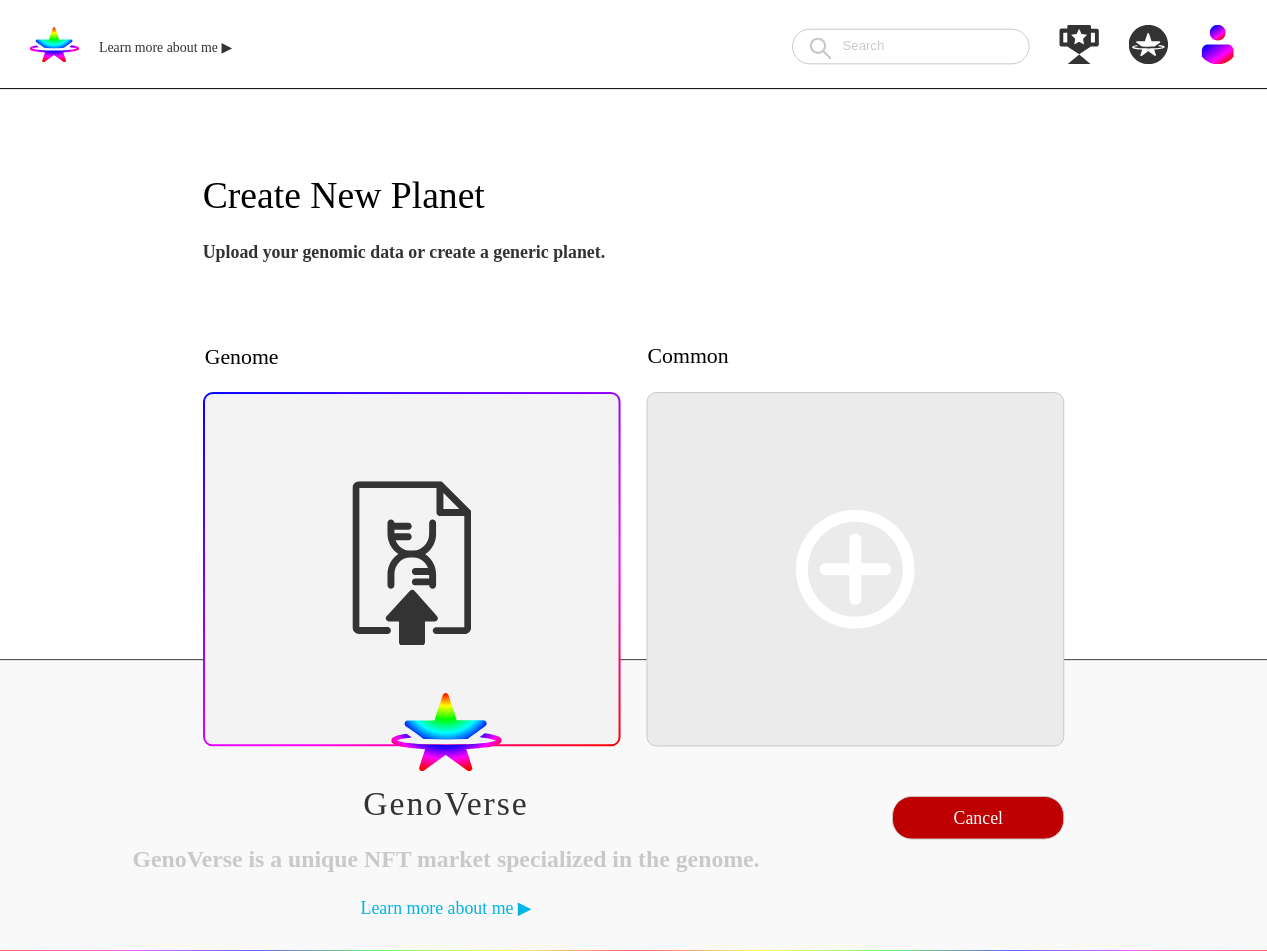
Repository: superHotBob/bioart
Page: /createnewplanet/createnewplanet_01
An editor plug-in stored every save of this project. The page is shown before and after the next save, followed by the edit.
The browser window is 1280 px wide. The pictures show the whole page, at 99% of full size.
Some web fonts or font styles are not loaded; a fallback is used. The project was rebuilt for these pictures with package versions that can differ from the ones it lists, and the page was loaded fresh each time. Some packages were replaced by stand-ins written for this rebuild. The framework's server and built-in components were replaced by stand-ins that run in the browser. Also part of the build but not shown: next.config.js.

Above is the page before, as saved 2022-04-06 12:31:52.

### pages/_app.js
import "../styles/globals.css";
import Layout from "../components/layout";
import { Provider } from "react-redux";
import store from "../store";

export default function MyApp({ Component, pageProps }) {
  return (
    <Provider store={store}>
      <Layout>
        <Component {...pageProps} />
      </Layout>
    </Provider>
  );
}

### pages/createnewplanet/createnewplanet_01.js
import Button from "../../components/button";
import react, { useEffect, useState } from "react";

export default function CreateNewPlanetOne() {
  const [myscreen, setMyScreen] = useState(true);
  useEffect(() => setMyScreen(window.screen.width > 500), []);

  return (
    <div className="createNewBlock">
      <h1>Create New Planet</h1>
      <p>Upload your genomic data or create a generic planet.</p>
      <div className="twoBloks">
        <div className="genome">
          <div />
        </div>
        <div className="common"></div>
      </div>
      <div style={{textAlign: 'right'}}>
        <Button
          width={myscreen ? "30%" : "100%"}
          color="#fff"
          background="#be0000"
          text="Cancel"
          background_hover="#8b0000"
        />
      </div>
      <style jsx>{`
        .createNewBlock {
          width: 68%;
          height: 80vh;
          margin: 0 auto;
          padding-top: 60px;
        }
        h1 {
          font-size: 38px;
          font-family: "GmarketSansMedium";
          font-weight: 400;
        }
        p {
          font-weight: 600;
          font-family: "GmarketSansLight";
          font-size: 18px;
          color: #333;
        }
        .twoBloks {
          display: flex;
          justify-content: space-between;
          margin-top: 130px;
        }
        .genome,
        .common,
        .genome div {
          width: 48.5%;
          height: 28vw;
          border-radius: 10px;
          background-position: center center;
          background-repeat: no-repeat;
          background-size: 120px;
          cursor: pointer;
        }
        .genome {
          border: 2px solid transparent;
          background: linear-gradient(#f3f3f3, #f3f3f3) padding-box,
            linear-gradient(
                150deg,
                rgba(0, 0, 255, 1) 0%,
                rgba(152, 0, 255, 1) 41%,
                rgba(255, 0, 255, 1) 68%,
                rgba(255, 0, 0, 1) 100%
              )
              border-box;
        }
        .genome div {
          background-image: url("/icon_upbk.svg");
          width: 100%;
          margin-top: 16px;
        }
        .genome div:hover {
          background-image: url("/icon_upwt.svg");
        }
        .genome:before {
          content: "Genome";
          font-family: "GmarketSansMedium";
          display: block;
          margin-top: -50px;
          font-size: 22px;
        }
        .common {
          background-color: #ebebeb;
          border: 1px solid #c9c9c9;
          background-image: url("/icon_mrwt.svg");
        }
        .common:hover {
          background-image: url("/icon_mrbk.svg");
        }
        .common:before {
          content: "Common";
          font-family: "GmarketSansMedium";
          display: block;
          margin-top: -50px;
          font-size: 22px;
        }
        button {
          height: 44px;
          float: right;
          width: 20%;
          font-family: "GmarketSansMedium";
          font-size: 18px;
          border: 1px solid #c9c9c9;
          color: #fff;
          background-color: #be0000;
          border-radius: 20px;
          margin: 50px 0 100px;
        }
        button:hover {
          background-color: #2f4f4f;
        }
        @media screen and (max-width: 550px) {
          .createNewBlock {
            width: 96%;
            height: auto;
            margin: 0 auto;
            padding-top: 60px;
          }
          .twoBloks {
            flex-direction: column;
          }
          .genome,
          .common,
          .genome div {
            width: 100%;
            height: 98vw;
            margin-bottom: 50px;
          }
        }
      `}</style>
    </div>
  );
}

### styles/globals.css
@font-face {
  font-family: 'GmarketSansMedium';
  src: url('https://cdn.jsdelivr.net/gh/projectnoonnu/noonfonts_2001@1.1/GmarketSansMedium.woff') format('woff');
  font-weight: normal;
  font-style: normal;
}
@font-face {
  font-family: 'GmarketSansLight';
  src: url('https://cdn.jsdelivr.net/gh/projectnoonnu/noonfonts_2001@1.1/GmarketSansLight.woff') format('woff');
  font-weight: normal;
  font-style: normal;
}
@font-face {
  font-family: 'GmarketSansBold';
  src: url('https://cdn.jsdelivr.net/gh/projectnoonnu/noonfonts_2001@1.1/GmarketSansBold.woff') format('woff');
  font-weight: normal;
  font-style: normal;
}
html,
body {
  padding: 0;
  margin: 0;
  font-family: -apple-system, BlinkMacSystemFont, Segoe UI, Roboto, Oxygen,
    Ubuntu, Cantarell, Fira Sans, Droid Sans, Helvetica Neue, sans-serif;
}

input, select, button, textarea {
  outline: none;
}
a {
  color: inherit;
  text-decoration: none;
  cursor: pointer;
}
input::placeholder {
  color: #c9c9c9;
}
* {
  box-sizing: border-box;
  background-repeat: no-repeat;
}
button {
  cursor: pointer;
  font-family: "GmarketSansMedium";
  font-size: 18px;
  text-align: center;
}
.error {
  color: red;
  font-size: 20px;
}
figure {
  margin: 0;
  display: inline-block;
}
select {
  -webkit-appearance: none;
  -moz-appearance: none;

  height: 44px;
  padding-left: 20px;
  font-size: 18px;
  background: transparent;
  border: 1px solid #c9c9c9;
  border-radius: 20px;
  background: url('/icon_drp_arr.svg')  100% / 17% 35% no-repeat;
}
.blue {
  color: rgb(0, 180, 230);
  font-size: 18px;
  padding: 2px 0 2px 27px;

}
.bold {
  font-weight: 800;
  font-family: "GmarketSansbold";
}


.solana {
  background: url('/icon_graph_01.svg')  left 35% / auto 68% no-repeat;


}
@media screen and (max-width: 550px) {
  .blue {
    font-size: 14px;
    padding: 2px 0 2px 25px;
  }
}

### components/layout.js
import Navbar from "./navbar";
import Footer from "./footer";

export default function Layout({ children }) {
  return (
    <>
      <Navbar />
      <main style={{borderBottom: '1px solid #000'}}>
        {children}
        <style jsx global>{`
          .lastStringNft {
            width: 90%;
            position: absolute;
            top: 85%;
            left: 5%;
            padding: 10px 0;
            border-top: 1px solid #c9c9c9;
            font-size: 18px;
            color: #333;
            display: flex;
            justify-content: space-between;
            font-family: "GmarketSansLight";
          }
          .lastStringNft b {
            margin: 0 5px 0 0;
            flex-grow: 1;
          }
          .iconGraph {
            margin: 0px 15px;
            vertical-align: top;
            display: inline-block;
          }
          .priceNft {
            text-align: center;
            font-size: 30px;
            margin: 10px 0 0;
            font-family: "GmarketSansMedium";
          }
          .textNft {
            font-size: 1vw;
            margin: 0 0 15px;
            text-align: center;
            font-weight: 300;
            font-family: "GmarketSansLight";
          }
          .iconSlider {
          margin-top: 0;
          width: 65px;
          height: 65px;
        }
        .iconItemNft {
            width: 65px;
            height: 65px;
            display: block;
            margin: 0 auto;
            background-color: #fff;
            border-radius: 50%;
            border: 4px solid #fff;
            outline: 1px solid #ddd;
          }
          .itemSliderNft {
            position: relative;
          }
        `}</style>
      </main>
      <Footer />
    </>
  );
}

### store/index.js
import { configureStore } from "@reduxjs/toolkit";

import counterReducer from "../reduser";

export function makeStore() {
  return configureStore({
    reducer: { counter: counterReducer },
  });
}

const store = makeStore();

export default store;

### components/button.js
export default function Button(props) {
  return (
    <button type={props.type} className={props.class} onClick={props.Click}>
      {props.text}
      <style jsx>{`
        button {
          color: ${props.color};
          width: ${props.width};
          background: ${props.background};
          border: 1px solid #c9c9c9;
          font-size: 18px;
          border-radius: 20px;
          height: 44px;
        }
        button:hover {
          color: ${props.color_hover};
          background: ${props.background_hover};
        }
        button:last-of-type {
            float: right;
        }
      `}</style>
    </button>
  );
}

### components/footer.js
import Image from "next/image";
import styles from "../styles/Home.module.css";
export default function Footer() {
  return (
    <footer className={styles.footer}>
      <span className={styles.logo}>
        <Image src="/symbol.svg" alt=" Logo" width={112} height={80} />
      </span>
      <p className={styles.footerIconText}>GenoVerse</p>
      <p className={styles.footerText}>
        GenoVerse is a unique NFT market specialized in the genome.
      </p>
      <a src="/#" className={styles.learnFooter}>
        Learn more about me &#9654;
      </a>
    </footer>
  );
}

### reduser/index.js
import { createSlice } from "@reduxjs/toolkit";

const initialState = {
 profile: {
  email: 'bob@tut.by',
  name: 'bob',
  representative_planet: 'Geno`s Collection'
 },
  walletAddress: "",
  balance: 0,
  token: "",
  tokenId: 0,
};
export const counterSlice = createSlice({
  name: "counter",
  initialState,

  reducers: {
    increment: (state) => {
      state.value = true;
    },

    addAccount: (state, action) => {
      state.walletAddress = action.payload;
    },
    changeBalance: (state, action) => {
      state.balance = action.payload;
    },
    setToken: (state, action) => {
      state.token = action.payload;
    },
    setTokenId: (state, action) => {
      state.tokenId = action.payload;
    },
  },
});
export const {
    increment,
    addAccount,
    changeBalance,
    setToken,
    setTokenId,
  } = counterSlice.actions;

  export const profile = (state) => state.counter.profile;

  export const selectCount = (state) => state.counter.value;
  export const walletAddress = (state) => state.counter.walletAddress;
  export const balance = (state) => state.counter.balance;
  export const token = (state) => state.counter.token;
  export const tokenId = (state) => state.counter.tokenId;

  export default counterSlice.reducer;

### styles/Home.module.css
@font-face {
  font-family: "MyWebFontBlack";
  src: url("/fonts/NotoSerifCJKkr-Black.woff") format("woff");
}
@font-face {
  font-family: "MyWebFontBold";
  src: url("/fonts/NotoSerifCJKkr-Bold.woff") format("woff");
}
@font-face {
  font-family: "MyWebFontSCMediun";
  src: url("/fonts/NotoSerifSC-Medium.woff") format("woff");
}
@font-face {
  font-family: "MyWebFontSCLight";
  src: url("/fonts/NotoSerifSC-Light.woff") format("woff");
}
@font-face {
  font-family: "GmarketSansMedium";
  src: url("https://cdn.jsdelivr.net/gh/projectnoonnu/noonfonts_2001@1.1/GmarketSansMedium.woff")
    format("woff");
  font-weight: normal;
  font-style: normal;
}
.container {
  padding: 0;
}
.main {
  min-height: 80vh;
}
.header {
  height: 90px;
  display: block;
  position: relative;
  padding: 20px 30px;
  box-sizing: border-box;
  border-bottom: 1px solid #000;
}
.header .learn {
  margin: -34px 20px 0;
  vertical-align: middle;
  display: inline-block;
  width: 20%;
  font-size: 14px;
  cursor: pointer;
  font-family: "GmarketSansLight";
  color: #333;
}
.header a:hover {
  color: blue;
}
.symbol {
  margin-right: -40px;
  position: relative;
  z-index: 100;
  top: -1px;
}
.symbol_icon {
  height: 50px;
  width: 50px;
  display: inline-block;
  background: url("/symbol.svg") center / 100% no-repeat;
}
.search_input {
  position: relative;
  z-index: 1;
  border: 1px solid #c9c9c9;
  border-radius: 20px;
  height: 36px;
  width: 240px;
  padding: 0 20px 0 50px;
  vertical-align: text-bottom;
  outline: none;
}
.menu_tab {
  float: right;
  width: auto;
  text-align: right;
  margin-top: 5px;
}
.tab01,
.tab02,
.tab03active,
.tab03,
.iconLike {
  height: 40px;
  width: 40px;
  vertical-align: sub;
  display: inline-block;
  margin-left: 30px;
}
.iconLike {
  position: relative;
  margin-left: 90px;
  cursor: pointer;
}
.iconLike::before {
  position: absolute;
  font-size: 18px;
  content: "250";
  left: -45px;
  top: 11px;
  font-family: "GmarketSansLight";
  display: inline-block;
}
.tab01 {
  background: url("/icon_tab_off_01.svg") center 100% no-repeat;
}
.tab01:hover {
  background: url("/icon_tab_on_01.svg") center 100% no-repeat;
}
.tab02 {
  background: url("/icon_tab_off_02.svg") center 100% no-repeat;
}
.tab03active {
  background: url("/icon_tab_on_03.svg") center 100% no-repeat;
}
.tab02:hover {
  background: url("/icon_tab_on_02.svg") center 100% no-repeat;
}
.tab03 {
  background: url("/icon_tab_off_03.svg") center 100% no-repeat;
}
.iconLike {
  background: url("/icon_like_on.svg") center 100% no-repeat;
}
.tab03:hover {
  background: url("/icon_tab_on_03.svg") center 100% no-repeat;
}
.wrapFirstBlock {
  width: 100%;
  height: 70.1vh;
  background: url('/main_top_bgline.jpg')  bottom center / 100% 1px repeat-x;
}
.firstBlock {
  /* background: url('/main_top_bg.jpg') center / 100% auto no-repeat;  */
  height: 70vh;
  position: relative;
}
.firstBlockText {
  position: absolute;
  top: 57%;
  left: 75%;
}
.firstBlockTextOnly h3 {
  font-size: 28px;
  font-weight: 400;
  color: #000;
  margin: 0;
}
.firstBlockTextOnly p {
  font-size: 18px;
  line-height: 1.3;
  font-family: "GmarketSansLight";
  font-weight: 800;
}
.gold {
  color: #ffa300;
  font-size: 16px;
  display: block;
  line-height: 10px;
}
.slider h2,
.sliderNft h2 {
  font-size: 30px;
  letter-spacing: 2px;
  font-family: "GmarketSansLight";
  font-weight: 800;
}
.sliderWraper,
.sliderWraperNft {
  height: auto;
  width: 80%;
  margin: 50px auto;
  position: relative;
}
.sliderWraperNft {
  width: 100%;
}
.bodySlider {
  height: auto;
  display: flex;
  justify-content: space-between;
}
.sliderBtnPrev,
.sliderBtnNext {
  position: absolute;
  border: none;
  top: 26%;
  height: 60px;
  width: 60px;
  left: -2%;
  opacity: 0.9;
  background-position: center;
  background-repeat: no-repeat;
  background-size: 100%;
  background-image: url("/slider_prev_btn.svg");
}
.sliderBtnPrev:hover {
  background-image: url("/slider_prev_btn_hv.svg");
  opacity: 1;
}
.sliderBtnNext {
  left: 96%;
  background-image: url("/slider_next_btn.svg");
}
.sliderBtnNext:hover {
  background-image: url("/slider_next_btn_hv.svg");
  opacity: 1;
}

.itemSlider {
  height: 40vw;
  padding: 0 20px;
  text-align: center;
}
.itemSliderImage {

  border: 1px solid #ccc;
  background-size: cover;
  border-radius: 10px;
  background-position: center top;
  background-repeat: no-repeat;
  height: 60%;
  margin-bottom: 40px;
  cursor: pointer;
}
.sliderText {
  font-size: 26px;
  margin: 15px;
  font-family: "GmarketSansMedium";
  font-weight: 400;
}
.sliderText p {
  font-size: 20px;
  margin: 15px 0 0;
  font-family: "GmarketSansLight";
}
.itemSlider .img {
  margin: 15px;
}
.sliderDot {
  margin: 0 auto;
  background-color: gray;
  width: 89%;
}

.table h2 {
  text-align: center;
  font-family: "GmarketSansLight";
  font-size: 28px;
}
.table h2 a {
  color: #00b4e6;
}
.icons {
  width: 164px;
  margin: 50px auto;
  display: flex;
  justify-content: space-between;
}
.icons img:hover {
  cursor: pointer;
}
.tableBody {
  width: 80%;
  margin: 20px auto;
}
.headerTable,
.bodyTable,
.headerTableFirst {
  display: flex;
  justify-content: space-between;
  border-top: 1px solid #c9c9c9;
  border-bottom: 1px solid #c9c9c9;
  padding: 20px 0;
  font-weight: bold;
}
.headerTableFirst {
  border-top: none;
  border-image: linear-gradient(
    90deg,
    rgba(255, 0, 0, 1) 0%,
    rgba(255, 0, 255, 1) 10%,
    rgba(0, 0, 255, 1) 20%,
    rgba(0, 255, 0, 1) 30%,
    rgba(255, 255, 0, 1) 40%,
    rgba(255, 0, 0, 1) 50%,
    rgba(255, 255, 0, 1) 60%,
    rgba(0, 255, 0, 1) 70%,
    rgba(0, 0, 255, 1) 80%,
    rgba(255, 0, 255, 1) 90%,
    rgba(255, 0, 0, 1) 100%
  );
  border-image-slice: 1;
}
p.bodyTable {
  border-bottom: none;
  margin: 0;
}
p.headerTable:hover {
  background-color: rgba(220, 220, 220, 0.3);
  cursor: pointer;
  box-shadow: 0 1px 10px 5px rgba(220, 220, 220, 0.3);
}
.volumeIcon,.volumeIcon_2 {
  background: url("/icon_graph_01.svg") 21% 47%/ 16% no-repeat;
  padding-left: 10px;
}
.headerTable span,
.bodyTable span,
.headerTableFirst span {
  flex-grow: 1;
  font-size: 18px;
  line-height: 50px;
  font-family: "GmarketSansLight";
  width: 10%;
  text-align: center;
  display: inline-block;
}
.data {
  border-bottom: 1px solid #c9c9c9;
}
.btnPage {
  margin: 50px auto;
  text-align: center;
}
.btnPrev,
.btnNext {
  border: none;
  background: none;
  font-size: 18px;
  z-index: 1;
  font-family: "GmarketSansMedium";
  font-weight: 400;
  position: relative;
  color: #c9c9c9;
}
.btnPrev:hover {
  color: #000;
}
.btnPrev:hover::before {
  background-image: url("/prev_btn_hv.svg");
}
.btnNext:hover {
  color: #000;
}
.btnNext:hover::after {
  background-image: url("/next_btn_hv.svg");
}
.btnPrev:before,
.btnNext::after {
  content: "";
  width: 12px;
  height: 18px;
  z-index: 1;
  background-image: url("/prev_btn.svg");
  background-repeat: no-repeat;
  display: inline-block;
  vertical-align: middle;
  background-color: inherit;
  background-position: center center;
  margin: -5px 5px 0 0;
}
.btnNext::after {
  background-image: url("/next_btn.svg");
  margin: -5px 0 0 5px;
}
.footer {
  padding: 2rem 0;
  background-color: #f9f9f9;
  text-align: center;
  border-image: linear-gradient(
    90deg,
    rgba(255, 0, 0, 1) 0%,
    rgba(255, 0, 255, 1) 10%,
    rgba(0, 0, 255, 1) 20%,
    rgba(0, 255, 0, 1) 30%,
    rgba(255, 255, 0, 1) 40%,
    rgba(255, 0, 0, 1) 50%,
    rgba(255, 255, 0, 1) 60%,
    rgba(0, 255, 0, 1) 70%,
    rgba(0, 0, 255, 1) 80%,
    rgba(255, 0, 255, 1) 90%,
    rgba(255, 0, 0, 1) 100%
  );
  border-image-slice: 1;
  border-bottom: 1px solid #333;
}
.br {
  display: none;
}
.footerIconText {
  font-size: 34px;
  font-family: "GmarketSansMedium";
  font-weight: 400;
  margin: 10px 0;
  letter-spacing: 2px;
}
.footerText {
  font-size: 24px;
  font-family: "GmarketSansMedium";
  color: #c9c9c9;
}
.learnFooter {
  color: #00b4e6;
  font-size: 18px;
  font-family: "GmarketSansMedium";
}
.learnFooter:hover {
  color: #333;
}
.block_likes {
  width: 600px;
  height: 60vh;
  position: absolute;
  right: 35px;
  font-size: 18px;
  top: 90px;
  z-index: 100;
  text-align: center;
  padding: 20px;
  background-color: #fff;
  overflow-y: auto;
  border: 1px solid #c9c9c9;
  border-top: none;
}
.block_likes p {
  font-family: "GmarketSansLight";
  display: flex;
  justify-content: space-between;
  align-items: center;
  font-size: 20px;
  margin: 30px 0;
}
.icon_like span {
  border-radius: 50%;
  height: 50px;
  width: 50px;
  outline: 1px solid #c9c9c9;
  outline-offset: 2px;
  vertical-align: middle;
}
.icon_like_last span {
  border-radius: 0;
  outline: 1px solid #c9c9c9;
  outline-offset: 2px;
  vertical-align: middle;
}
.name {
  width: 35%;
  text-align: left;
}
.mobile {
  display: inline-block;
}
.mobileYes {
  display: none !important;
}
.planetsTableData {
    flex-grow: 4;
    font-size: 28px;
    height: 50px;
    text-align: left;
    background-image: url('/icon_ba.svg');
    background-repeat: no-repeat;
    background-size: 50px;
    padding-left: 60px;
}
@media screen and (max-width: 550px) {
  .search_input,
  .symbol {
    display: none;
  }
  .header {
    padding: 20px 10px;
  }
  .symbol_icon {
    height: 50px;
    width: 50px;
  }
  .tab01,
  .tab02,
  .tab03active,
  .tab03,
  .iconLike {
    margin-left: 10px;
  }
  .tab01 {
    margin: 0;
  }
  .header .learn {
    width: 100px;
    margin: -34px 10px 0;
  }
  .menu_tab {
    margin-top: 5px;
    justify-content: space-around;
    display: flex;
    width: 45%;
  }
  .firstBlock {
    height: 50vw;
  }
  .firstBlockText {
    position: static;
    background-color: #f9f9f9;
    padding: 30px 15px;
    border-image: linear-gradient(
    90deg,
    rgba(255, 0, 0, 1) 0%,
    rgba(255, 0, 255, 1) 10%,
    rgba(0, 0, 255, 1) 20%,
    rgba(0, 255, 0, 1) 30%,
    rgba(255, 255, 0, 1) 40%,
    rgba(255, 0, 0, 1) 50%,
    rgba(255, 255, 0, 1) 60%,
    rgba(0, 255, 0, 1) 70%,
    rgba(0, 0, 255, 1) 80%,
    rgba(255, 0, 255, 1) 90%,
    rgba(255, 0, 0, 1) 100%
  );
  border-image-slice: 1;
  border-bottom: 1px solid #333;
  }
  .firstBlockTextOnly {
    display: inline-block;
    vertical-align: top;
    margin-left: 10px;
    color: gray;
    width: 79%;
  }
  .wrapFirstBlock {
    height: auto;
  }
  .sliderWraper {
    width: 100%;
    margin: 20px auto 100px;
  }
  .itemSlider {
    height: 150vw;
    text-align: initial;
  }
  .sliderText {
    width: 70%;
    font-size: 20px;
    vertical-align: top;
    display: inline-block;
  }
  .sliderText p {
    font-size: 16px;
  }
  .volumeIcon {
    background: url(/icon_graph_01.svg) 0% 19%/ 32% no-repeat;
    padding-left: 15px;
  }
  .br {
    display: inline;
  }
  .mobile, .czczxc, .volumeIcon_2 {
    display: none !important;
  }
  .mobileYes {
    display: inline !important;
    font-size: 12px !important;
  }
  .headerTable span, .headerTableFirst span, .bodyTable span {
    width: fit-content;
    flex-grow: 0;
    padding-top: 5px;
    line-height: 23px;
    text-align: right;
  }
  .headerTable {
    justify-content: space-around;
    padding: 5px 0;
  }
  .tableBody {
    width: 90%;
  }
  .icons {
    width: 200px;
  }
  .sliderBtnNext, .sliderBtnPrev {
    display: none;
  }
}

Loaded but not shown: pages/_document.js (common file); components/navbar.js (77 lines, source omitted)

After the next save:
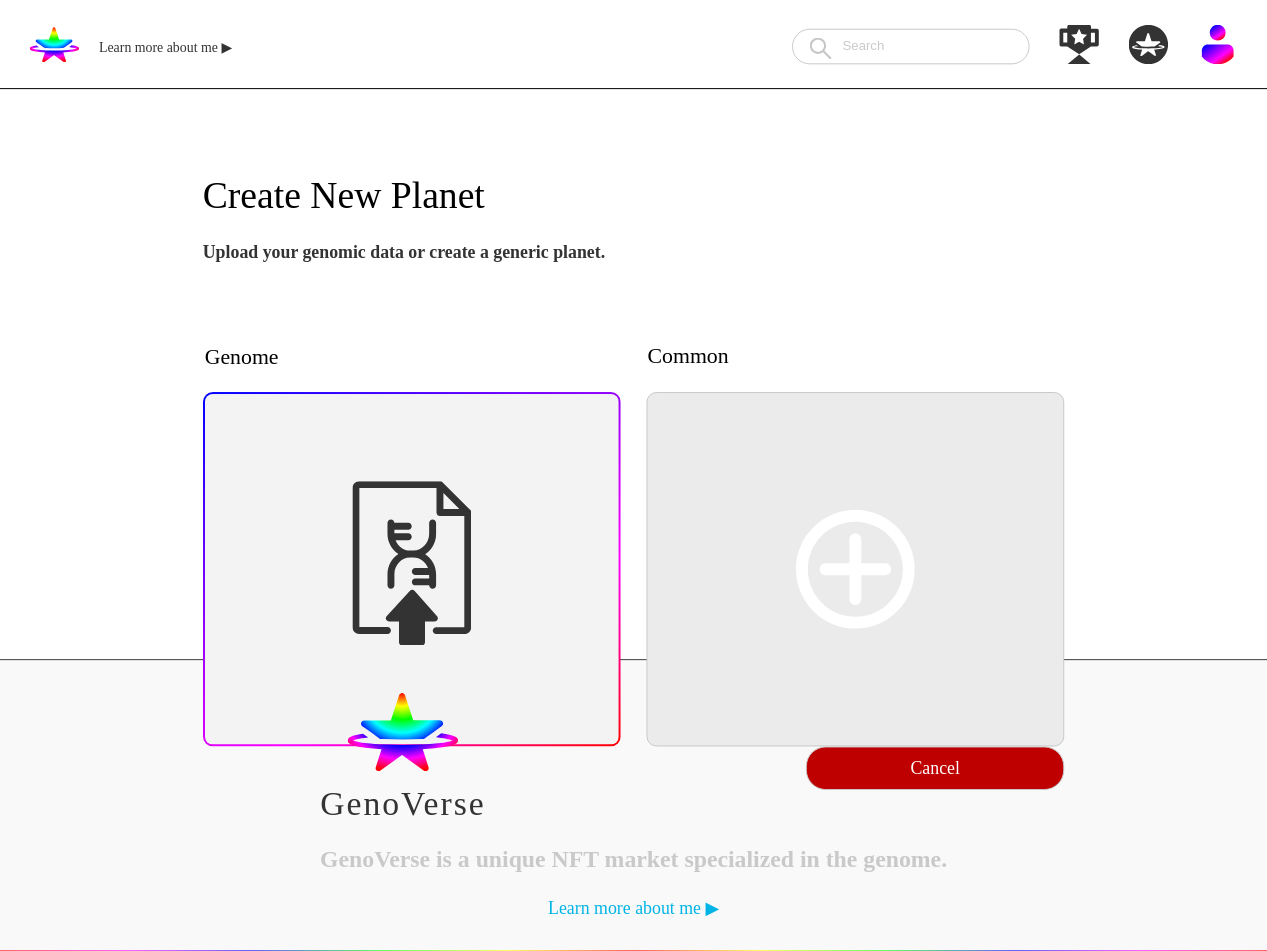
Saved 14 s later.
--- a/pages/createnewplanet/createnewplanet_01.js
+++ b/pages/createnewplanet/createnewplanet_01.js
@@ -100,21 +100,7 @@ export default function CreateNewPlanetOne() {
           margin-top: -50px;
           font-size: 22px;
         }
-        button {
-          height: 44px;
-          float: right;
-          width: 20%;
-          font-family: "GmarketSansMedium";
-          font-size: 18px;
-          border: 1px solid #c9c9c9;
-          color: #fff;
-          background-color: #be0000;
-          border-radius: 20px;
-          margin: 50px 0 100px;
-        }
-        button:hover {
-          background-color: #2f4f4f;
-        }
+
         @media screen and (max-width: 550px) {
           .createNewBlock {
             width: 96%;
